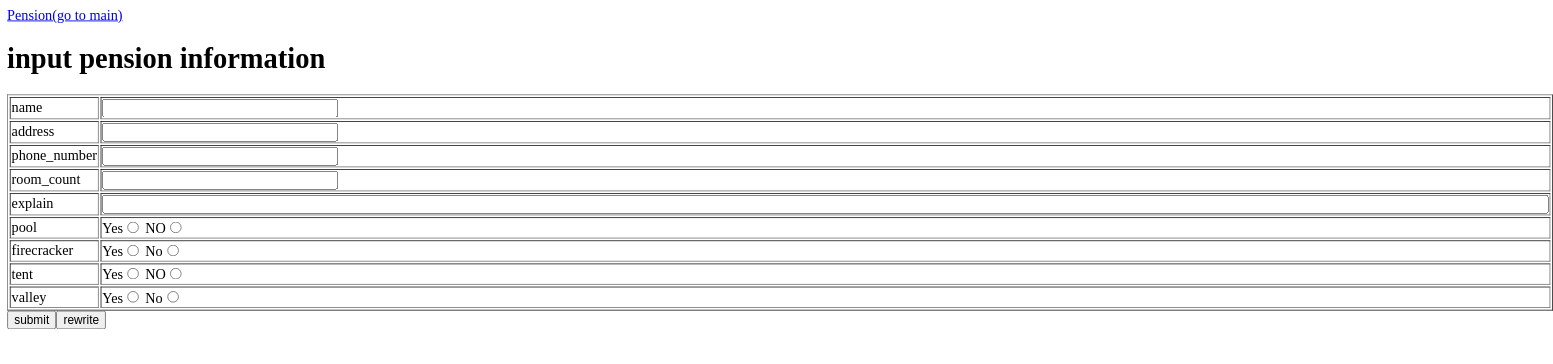
Repository: spero-spera/termproject
Page: http://localhost/pension/pension.php
The author's editor kept a record of every edit. The page is drawn from the files as they stood at one moment, then again after the next edit.
The browser window is 1280 px wide. The page is 1745 px wide, so the pictures cover 1745 px, including what lies to the right of the window. The pictures show the whole page, at 89% of full size.
The page is run by PHP 8.4 with error messages shown; the project is at /var/www/html/.

Above is the page before.

### pension/pension.php
<div id="home"><a href="../index.php">Pension(go to main)</a></div>

<doctype html>

<html>
<head>
<title>pension add page</title>
</head>
<body>
<form name="add" method="post" action="pension_add.php">
 <h1>input pension information</h1>
 <table border="1">
  <tr>
   <td>name</td>
   <td><input type="text" size="30" name="name"></td>
  </tr>
  <tr>
   <td>address</td>
   <td><input type="text" size="30" name="address"></td>
  </tr>
  <tr>
  <td>phone_number</td>
   <td><input type="text" size="30" name="phone"></td>
  </tr>
  <tr>
  <td>room_count</td>
   <td><input type="text" size="30" name="count"></td>
  </tr>
  <tr>
  <td>explain</td>
   <td><input type="text" size="200" name="expl"></td>
  </tr>
  <tr>
   <td>pool</td>
   <td>Yes<input type="radio" size="5" value="1" name="pool">
   NO<input type="radio" size="5" value="0" name="pool"></td>
  </tr>
  <tr>
   <td>firecracker</td>
   <td>Yes<input type="radio" size="5" value="1" name="fire">
   No<input type="radio" size="5" value="0" name="fire"></td>
  </tr>
  <tr>
   <td>tent</td>
   <td>Yes<input type="radio" size="5" value="1" name="tent">
   NO<input type="radio" size="5" value="0" name="tent"></td>
  </tr>
  <tr>
   <td>valley</td>
   <td>Yes<input type="radio" size="5" value="1" name="valley">
   No<input type="radio" size="5" value="0" name="aircon"></td>
  </tr>
 </table>
 <input type=submit value="submit"><input type=reset value="rewrite">
</form>
</body>
</html>

After the next edit:
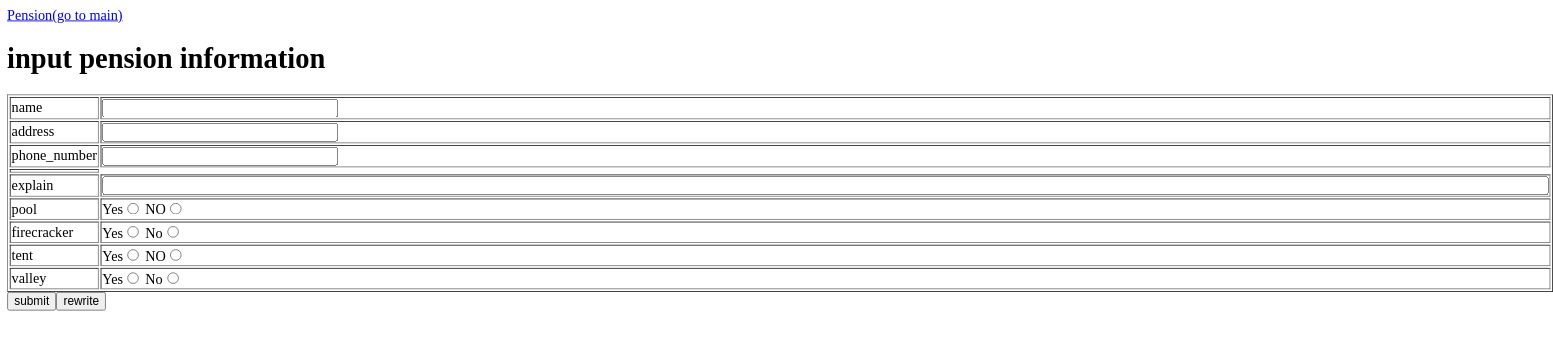
The edit:
--- a/pension/pension.php
+++ b/pension/pension.php
@@ -22,9 +22,9 @@
   <td>phone_number</td>
    <td><input type="text" size="30" name="phone"></td>
   </tr>
-  <tr>
-  <td>room_count</td>
-   <td><input type="text" size="30" name="count"></td>
+
+
+   <td><input type="hidden" size="30" name="count" value=0></td>
   </tr>
   <tr>
   <td>explain</td>
